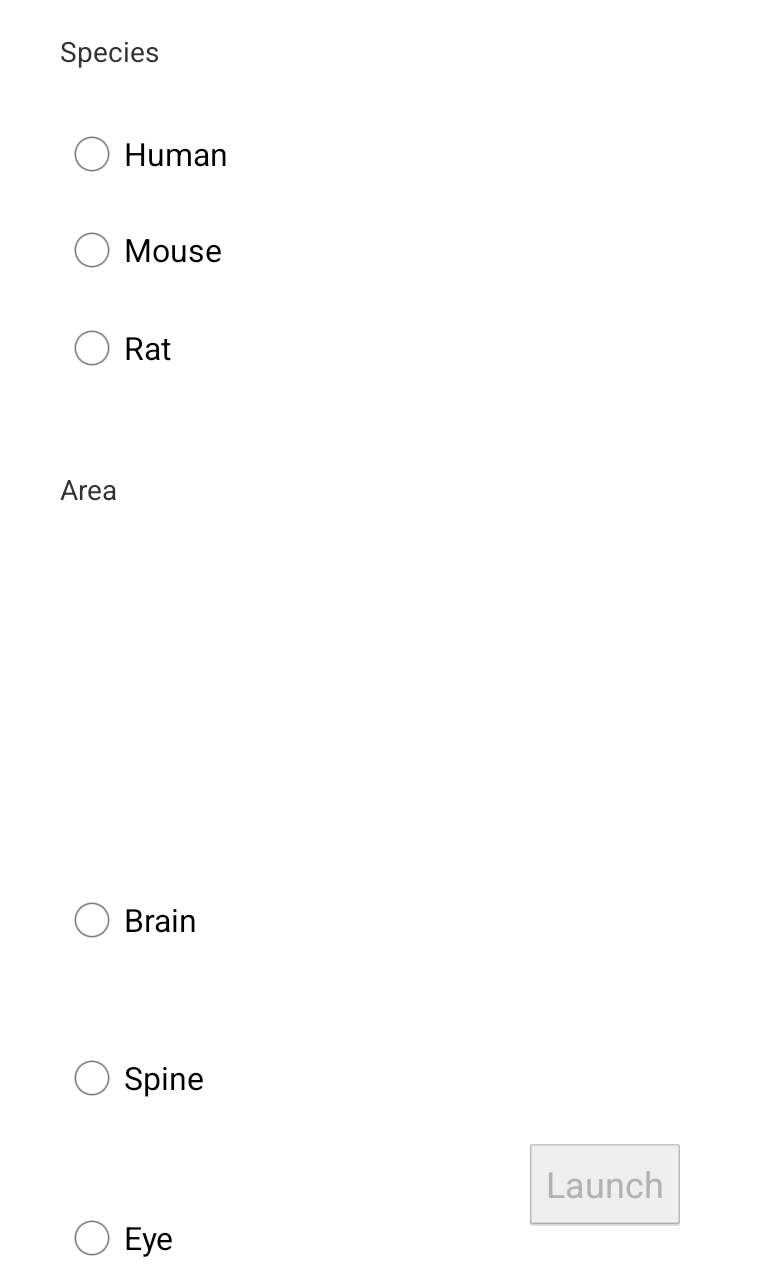
Repository: Ekarg/CSCE315Project3
Layout: Project3/res/layout/activity_main.xml
The author's editor kept a copy of each file at every save. The layout is drawn from the files as they stood at one save, then again after the next save.
It is drawn on a 768 x 1280 px phone screen (xhdpi) without system bars, with theme AppTheme; the app's code is not run.

Above is the layout before, as saved 2013-11-20 21:54:57.

### Project3/res/layout/activity_main.xml
<RelativeLayout xmlns:android="http://schemas.android.com/apk/res/android"
    xmlns:tools="http://schemas.android.com/tools"
    android:layout_width="match_parent"
    android:layout_height="match_parent"
    android:paddingBottom="5dp"
    android:paddingLeft="@dimen/activity_horizontal_margin"
    android:paddingRight="@dimen/activity_horizontal_margin"
    android:paddingTop="@dimen/activity_vertical_margin"
    tools:context=".MainActivity" >

    <Button
        android:id="@+id/button1"
        android:layout_width="wrap_content"
        android:layout_height="wrap_content"
        android:layout_alignParentBottom="true"
        android:layout_alignParentRight="true"
        android:layout_marginBottom="19dp"
        android:layout_marginRight="24dp"
        android:enabled = "false"
		android:onClick="launch"
        android:text="@string/Button" />

    <TextView
        android:id="@+id/textView1"
        android:layout_width="wrap_content"
        android:layout_height="wrap_content"
        android:layout_marginLeft="14dp"
        android:layout_alignParentTop="true"
        android:text="@string/species" />

   <RadioGroup
        android:id="@+id/radioGroup1"
        android:layout_width="fill_parent"
        android:layout_height="wrap_content"
        android:layout_alignParentTop="true"
        android:layout_centerHorizontal="true"
        android:orientation="vertical" >

        <RadioButton
            android:id="@+id/radioButton1"
            android:layout_width="wrap_content"
            android:layout_height="wrap_content"
            android:layout_marginLeft="14dp"
            android:checked = "false"
            android:layout_marginTop="45dp"
            android:text="@string/human"
            android:onClick="onRadioButtonClicked"/>

        <RadioButton
            android:id="@+id/radioButton2"
            android:layout_width="wrap_content"
            android:layout_height="wrap_content"
            android:layout_marginLeft="14dp"
            android:checked = "false"
            android:layout_marginTop="16dp"
            android:text="@string/mouse"
            android:onClick="onRadioButtonClicked"/>

        <RadioButton
            android:id="@+id/radioButton3"
            android:layout_width="wrap_content"
            android:layout_height="wrap_content"
            android:layout_marginLeft="14dp"
            android:checked = "false"
            android:layout_marginTop="17dp"
            android:text="@string/rat"
            android:onClick="onRadioButtonClicked"/>
    </RadioGroup>

    <TextView
        android:id="@+id/textView2"
        android:layout_width="wrap_content"
        android:layout_height="wrap_content"
        android:layout_alignLeft="@+id/textView1"
        android:layout_below="@+id/radioGroup1"
        android:layout_marginTop="45dp"
        android:text="@string/area"
        android:onClick="onRadioButtonClicked" />

     <RadioGroup
        android:id="@+id/radioGroup2"
        android:layout_width="fill_parent"
        android:layout_height="wrap_content"
        android:checked = "false"
        android:layout_alignParentBottom="true"
        android:layout_centerHorizontal="true"
        android:orientation="vertical" >

	    <RadioButton
	        android:id="@+id/radioButton5"
	        android:layout_width="wrap_content"
	        android:layout_height="wrap_content"
	        android:checked = "false"
	        android:layout_marginLeft="14dp"
	        android:layout_marginTop="46dp"
	        android:text="@string/brain"
	        android:onClick="onRadioButtonClicked" />

	    <RadioButton
	        android:id="@+id/radioButton4"
	        android:layout_width="wrap_content"
	        android:layout_height="wrap_content"
	        android:checked = "false"
	        android:layout_marginLeft="14dp"
	        android:layout_marginTop="47dp"
	        android:text="@string/spine"
	        android:onClick="onRadioButtonClicked"/>

	     <RadioButton
         android:id="@+id/radioButton6"
         android:layout_width="wrap_content"
         android:layout_height="wrap_content"
         android:checked = "false"
         android:layout_marginLeft="14dp"
         android:layout_marginTop="48dp"
         android:text="@string/eye"
         android:onClick="onRadioButtonClicked" />
	</RadioGroup>



</RelativeLayout>

### Project3/res/values/strings.xml
<?xml version="1.0" encoding="utf-8"?>
<resources>

    <string name="app_name">Show Me the.... Neuron!</string>
    <string name="action_settings">Settings</string>
    <string name="hello_world">Hello world!</string>
    <string name="Button">Launch</string>
    <string name="title_activity_second">Neuron Display</string>
    <string name="species">Species</string>
    <string name="human">Human</string>
    <string name="mouse">Mouse</string>
    <string name="rat">Rat</string>
    <string name="area">Area</string>
    <string name="eye">Eye</string>
    <string name="brain">Brain</string>
    <string name="spine">Spine</string>


</resources>

Loaded but not shown: Project3/res/values/styles.xml (common file); Project3/res/values-v11/styles.xml (common file); Project3/res/values-v14/styles.xml (common file); Project3/res/values/dimens.xml (common file)

After the next save:
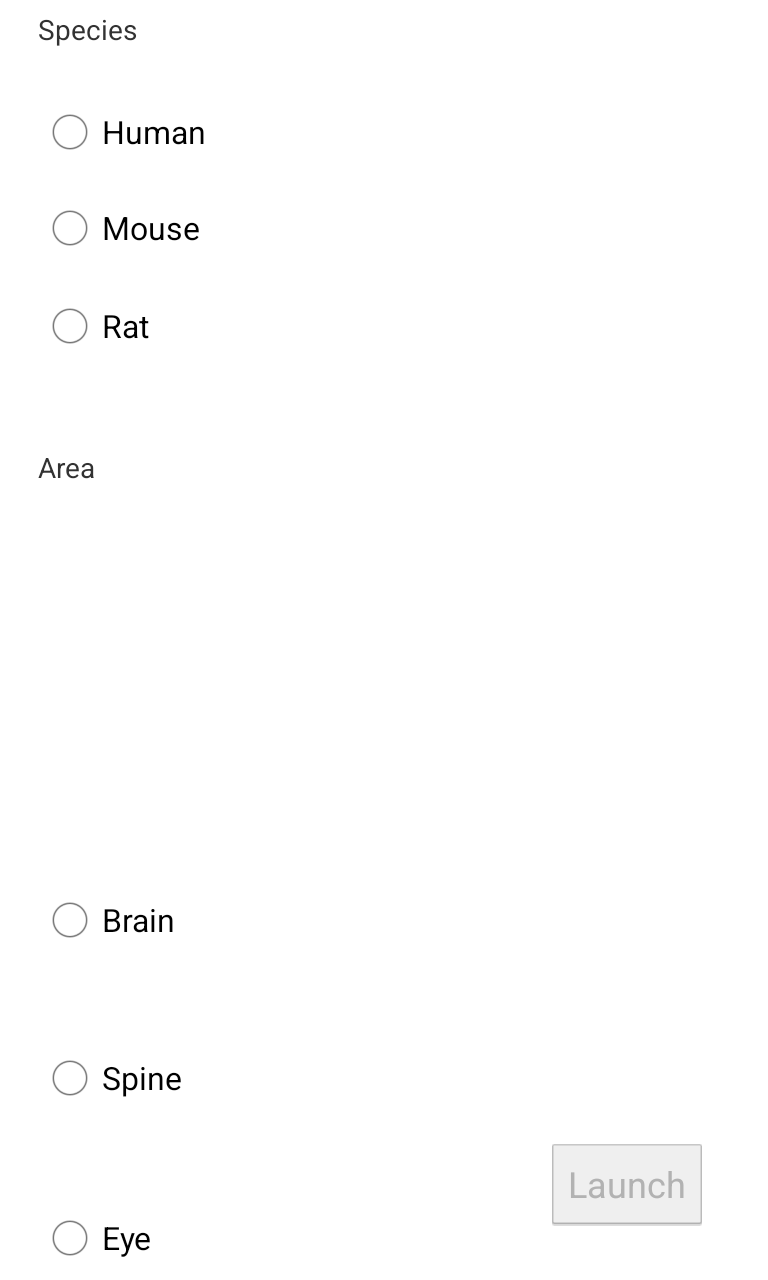
Saved 82 s later.
--- a/Project3/res/layout/activity_main.xml
+++ b/Project3/res/layout/activity_main.xml
@@ -3,9 +3,9 @@
     android:layout_width="match_parent"
     android:layout_height="match_parent"
     android:paddingBottom="5dp"
-    android:paddingLeft="@dimen/activity_horizontal_margin"
-    android:paddingRight="@dimen/activity_horizontal_margin"
-    android:paddingTop="@dimen/activity_vertical_margin"
+    android:paddingLeft="5dp"
+    android:paddingRight="5dp"
+    android:paddingTop="5dp"
     tools:context=".MainActivity" >
 
     <Button
